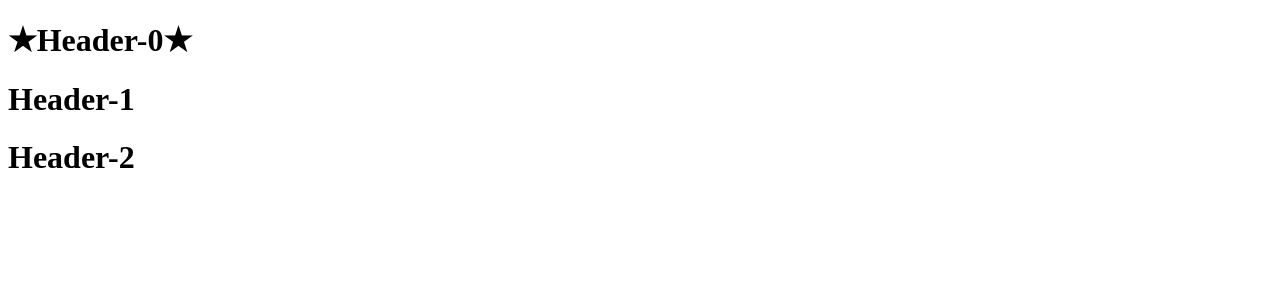
Repository: kdg0109/multicampus_course
Page: web course/workspace_web/edu/WebContent/jqexam/domedit/exam15.html
These files come from the project's save history. The page is drawn as it stood at one moment and after the next save; the edit follows.
The browser window is 1280 px wide. The pictures show the whole page.
After loading, the first visible `h1` was clicked once.
Some web libraries are served in a nearby version.

Above is the page before, as saved 2018-02-02 05:27:43.

After the next save:
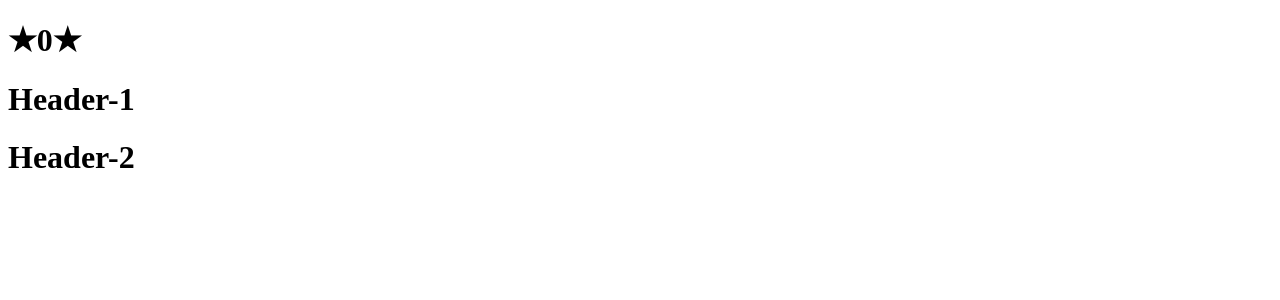
Saved 3 min 10 s later.
--- a/web course/workspace_web/edu/WebContent/jqexam/domedit/exam15.html
+++ b/web course/workspace_web/edu/WebContent/jqexam/domedit/exam15.html
@@ -15,7 +15,7 @@
             	});
         	}); */
         	$('h1').click(function () {
-            	$(this).html(function (index, html) {
+            	$(this).html(function (html) {
                 	return '★' + html + '★';   // 결합연산자..
             	});
         	});

After the save that followed:
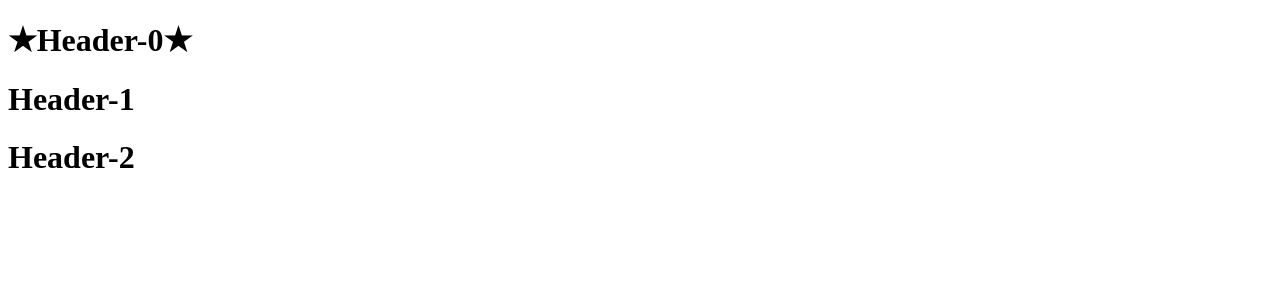
Saved 10 s later.
--- a/web course/workspace_web/edu/WebContent/jqexam/domedit/exam15.html
+++ b/web course/workspace_web/edu/WebContent/jqexam/domedit/exam15.html
@@ -15,7 +15,7 @@
             	});
         	}); */
         	$('h1').click(function () {
-            	$(this).html(function (html) {
+            	$(this).html(function (index, html) {
                 	return '★' + html + '★';   // 결합연산자..
             	});
         	});
